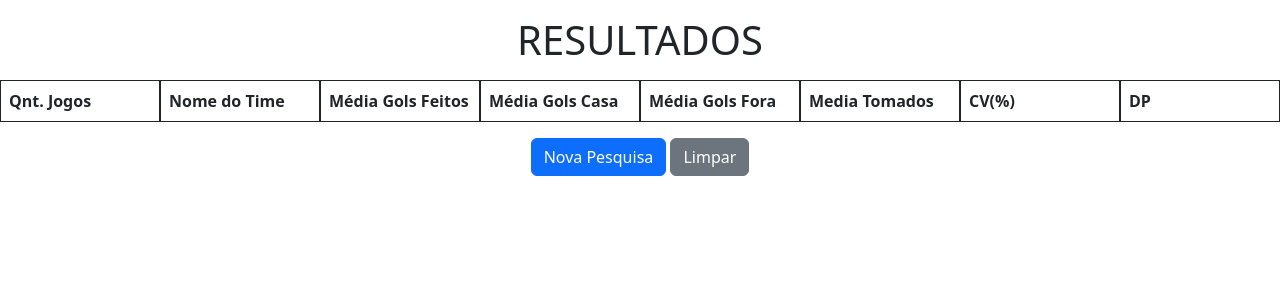
Repository: ricardodamaceno/Coeficiente-de-Variacao-de-Gols
Page: http://localhost/resposta
An editor plug-in stored every save of this project. The page is shown before and after the next save, followed by the edit.
The browser window is 1280 px wide. The pictures show the whole page.
The page is this project's Thymeleaf template; nobody is signed in. The template is opened directly, without the code that normally fills it, so the values that code supplies are empty.

Above is the page before, as saved 2022-10-01 14:47:45.

### aposta-tozo/src/main/resources/templates/resposta.html
<!DOCTYPE html>
<html xmlns:th="http://www.thymeleaf.org">
<head>
<meta name="viewport"
	content="width = device-width, initial-scale = 1, shrink-to-fit = no">
<!-- CSS only -->
<link
	href="https://cdn.jsdelivr.net/npm/bootstrap@5.2.1/dist/css/bootstrap.min.css"
	rel="stylesheet"
	integrity="sha384-iYQeCzEYFbKjA/T2uDLTpkwGzCiq6soy8tYaI1GyVh/UjpbCx/TYkiZhlZB6+fzT"
	crossorigin="anonymous">
<title>Apostas Esportivas</title>
<style>
.flex {
	display: flex;
}

.space-between {
	justify-content: space-between;
}

[data-tooltip] {
	position: relative;
	font-weight: bold;
}

[data-tooltip]:after {
	display: none;
	position: absolute;
	padding: 5px;
	border-radius: 3px;
	bottom: calc(100% + 2px);
	content: attr(data-tooltip);
	white-space: wrap;
	background-color: #0095ff;
	color: White;
}

[data-tooltip]:hover:after {
	display: block;
}
</style>
</head>

<body>

	<h1 class="text-center mb-3 mt-3">RESULTADOS</h1>
	<div class="d-flex">
		<table
			class="table table-striped table-hover table-bordered border-dark">
			<thead>
				<tr>
					<th scope="col">Qnt. Jogos</th>
				</tr>
			</thead>
			<tbody>
				<tr data-th-each="qnt : ${jogosAnalisados}">
					<td data-th-text="${qnt.jogosAnalisados}"></td>
				</tr>
			</tbody>
		</table>
		<table
			class="table table-striped table-hover table-bordered border-dark">
			<thead>
				<tr>
					<th scope="col">Nome do Time</th>
				</tr>
			</thead>
			<tbody>
				<tr data-th-each="time : ${pesqTimes}">
					<td data-th-text="${time.nomeTime}"></td>
				</tr>
			</tbody>
		</table>
		<table
			class="table table-striped table-hover table-bordered border-dark">
			<thead>
				<tr>
					<th scope="col">Média Gols Feitos</th>
				</tr>
			</thead>
			<tbody>
				<tr data-th-each="med : ${media}">
					<td data-th-text="${med.mediaGol}"></td>
				</tr>
			</tbody>
		</table>
		<table
			class="table table-striped table-hover table-bordered border-dark">
			<thead>
				<tr>
					<th scope="col">Média Gols Casa</th>
				</tr>
			</thead>
			<tbody>
				<tr data-th-each="medcasa : ${mediaGolCasa}">
					<td data-th-text="${medcasa.mediaGolCasa}"></td>
				</tr>
			</tbody>
		</table>
		<table
			class="table table-striped table-hover table-bordered border-dark">
			<thead>
				<tr>
					<th scope="col">Média Gols Fora</th>
				</tr>
			</thead>
			<tbody>
				<tr data-th-each="medfora : ${mediaGolFora}">
					<td data-th-text="${medfora.mediaGolFora}"></td>
				</tr>
			</tbody>
		</table>
		<table
			class="table table-striped table-hover table-bordered border-dark">
			<thead>
				<tr>
					<th scope="col">Media Tomados</th>
				</tr>
			</thead>
			<tbody>
				<tr data-th-each="medContra : ${mediaTomados}">
					<td data-th-text="${medContra.mediaGolsTomados}"></td>
				</tr>
			</tbody>
		</table>
		<table
			class="table table-striped table-hover table-bordered border-dark">
			<thead>
				<tr>
					<th scope="col"
						data-tooltip="Coeficiente de Variação dos Gols Feitos">CV(%)</th>
				</tr>
			</thead>
			<tbody>
				<tr data-th-each="coeVar : ${cv}">
					<td data-th-text="${coeVar.coeficienteDeVariacao} + '%'"></td>
				</tr>
			</tbody>
		</table>
		<table
			class="table table-striped table-hover table-bordered border-dark">
			<thead>
				<tr>
					<th scope="col" data-tooltip="Desvio Padrão dos Gols Feitos">DP</th>
				</tr>
			</thead>
			<tbody>
				<tr data-th-each="desvioPadrao : ${desvio}">
					<td data-th-text="${desvioPadrao.desvioPadrao} + ' gols'"></td>
				</tr>
			</tbody>
		</table>

	</div>
	<div class="d-grid gap-2 d-md-flex justify-content-md-center">
		<form method="post" action="/add">
			<!-- <button type="submit" class="btn btn-primary">Voltar</button> -->
			<a href="/add" class="btn btn-primary" tabindex="-1" role="button"
				aria-disabled="true">Nova Pesquisa</a> <a href="/voltar"
				class="btn btn-secondary" tabindex="-1" role="button"
				aria-disabled="true">Limpar</a>
		</form>
	</div>
</body>
</html>

After the next save:
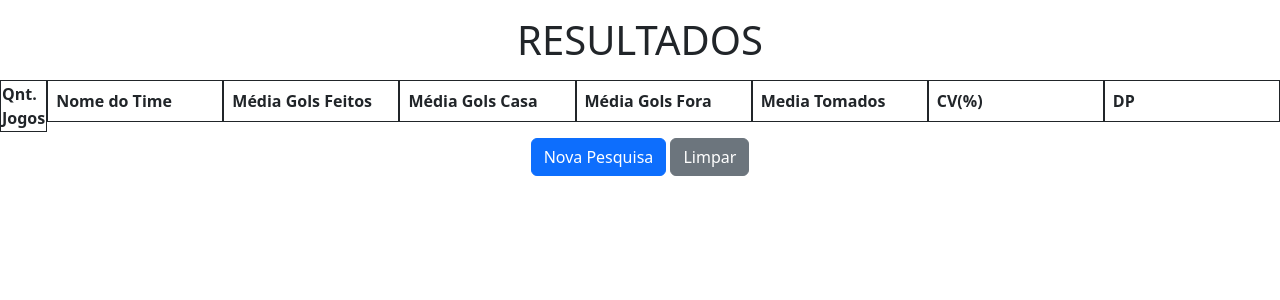
Saved 2 min 52 s later.
--- a/aposta-tozo/src/main/resources/templates/resposta.html
+++ b/aposta-tozo/src/main/resources/templates/resposta.html
@@ -47,7 +47,7 @@
 	<h1 class="text-center mb-3 mt-3">RESULTADOS</h1>
 	<div class="d-flex">
 		<table
-			class="table table-striped table-hover table-bordered border-dark">
+			class="table-responsive table-striped table-hover table-bordered border-dark">
 			<thead>
 				<tr>
 					<th scope="col">Qnt. Jogos</th>
